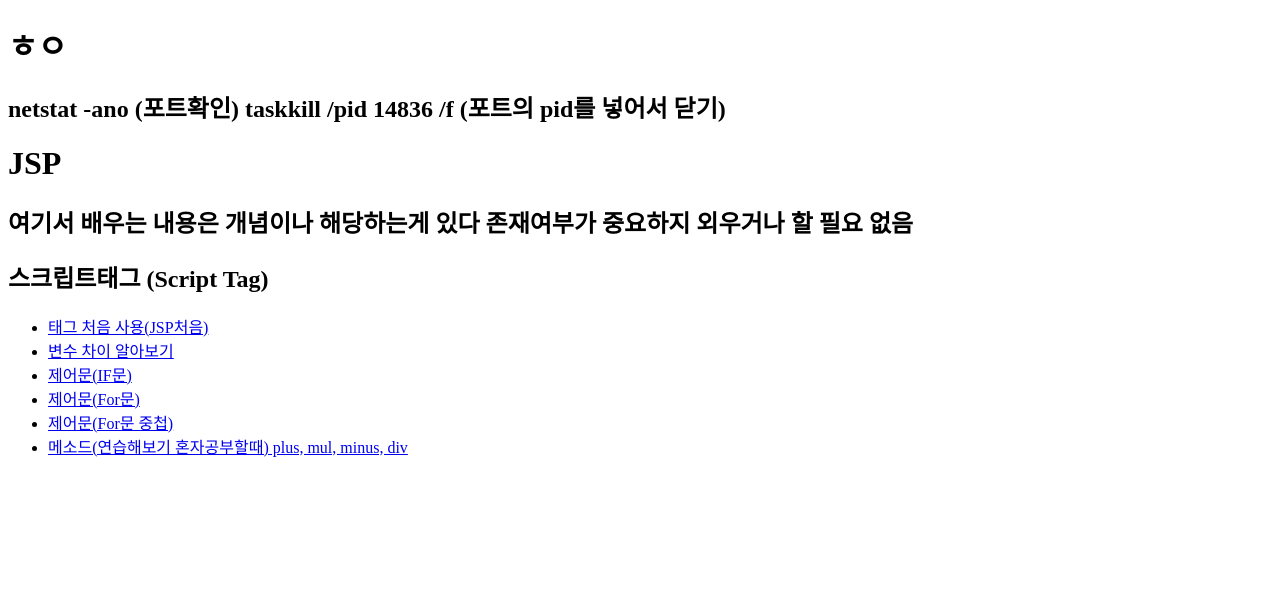
Repository: Kimgigon123123/JspServlet
Page: WorkSpace/03.Tag/src/main/webapp/index.html
These files come from the project's save history. The page is drawn as it stood at one moment and after the next save; the edit follows.
The browser window is 1280 px wide. The pictures show the whole page.

Above is the page before, as saved 2023-05-19 02:37:01.

### WorkSpace/03.Tag/src/main/webapp/index.html
<!DOCTYPE html>
<html>
<head>
<meta charset="UTF-8">
<title>Insert title here</title>
</head>
<body>
	 <h1>ㅎㅇ</h1>
	 <h2>netstat -ano (포트확인)
	taskkill /pid 14836 /f (포트의 pid를 넣어서 닫기)</h2>

	 <h1> JSP </h1>
	 <h2> 여기서 배우는 내용은 개념이나 해당하는게 있다 존재여부가 중요하지 외우거나 할 필요 없음</h2>
	 <h2> 스크립트태그 (Script Tag)</h2>

	 <ul>
	 	<li><a href="01.Script/Ex00into.jsp">태그 처음 사용(JSP처음)</a></li>
	 	<li><a href="01.Script/Ex01Var.jsp">변수 차이 알아보기</a></li>
	 	<li><a href="01.Script/Ex02If.jsp">제어문(IF문)</a></li>
	 	<li><a href="01.Script/Ex03For.jsp">제어문(For문)</a></li>
	 	<li><a href="01.Script/Ex04For.jsp">제어문(For문 중첩)</a></li>
	 	<li><a href="01.Script/Ex05Method.jsp">메소드(연습해보기 혼자공부할때)
	 	plus, mul, minus, div </a></li>
	 </ul>

</body>
</html>

After the next save:
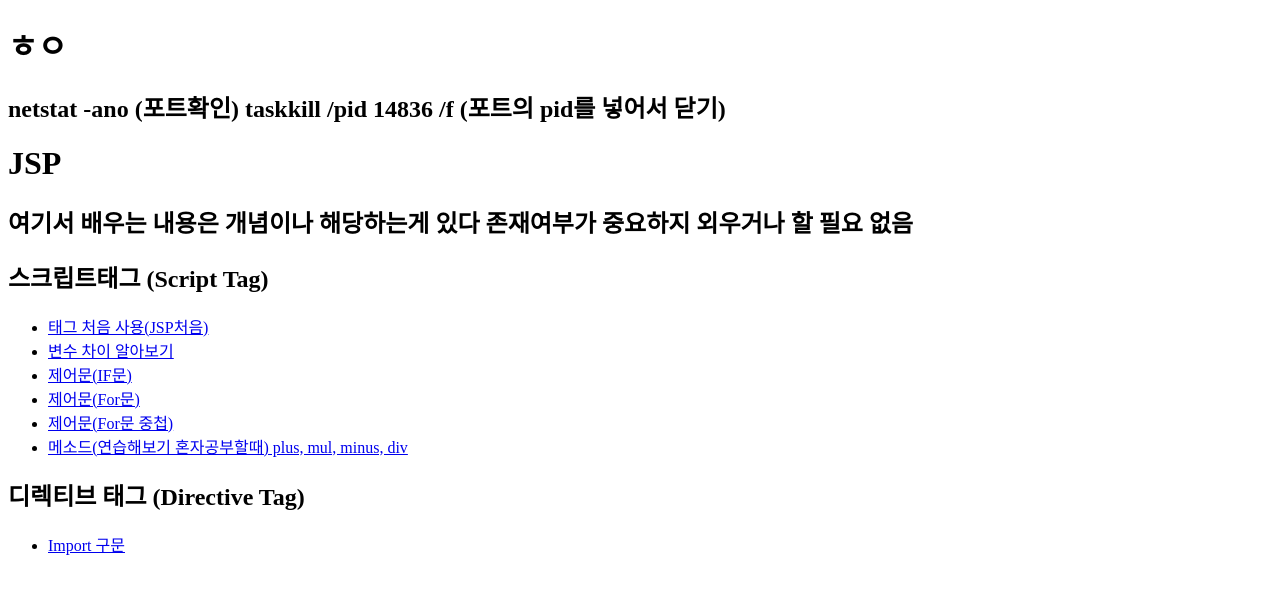
Saved 9 s later.
--- a/WorkSpace/03.Tag/src/main/webapp/index.html
+++ b/WorkSpace/03.Tag/src/main/webapp/index.html
@@ -23,5 +23,11 @@
 	 	plus, mul, minus, div </a></li>
 	 </ul>
 
+
+	 <h2> 디렉티브 태그 (Directive Tag)</h2>
+	 <ul>
+	 	<li><a href="02.Directive/Ex01_Directive">Import 구문</a>
+	 </ul>
+
 </body>
 </html>
